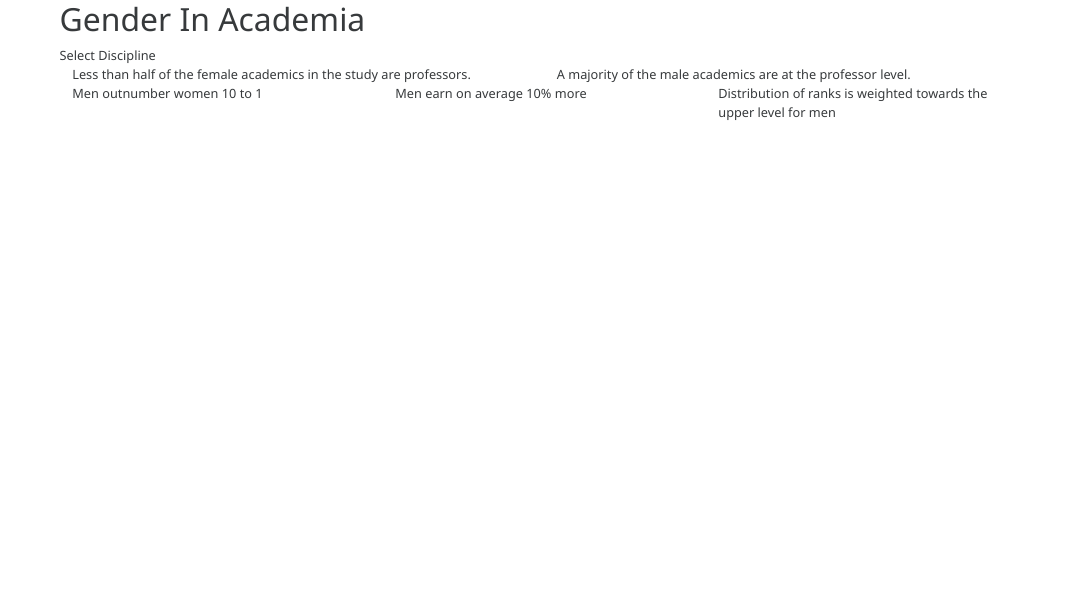
Repository: oliviatatum/dashboard
Page: index.html
The author's editor kept a record of every edit. The page is drawn from the files as they stood at one moment, then again after the next edit.
The browser window is 1280 px wide. The pictures show the whole page, at 85% of full size.

Above is the page before.
Console error: ReferenceError: show is not defined

After the next edit:
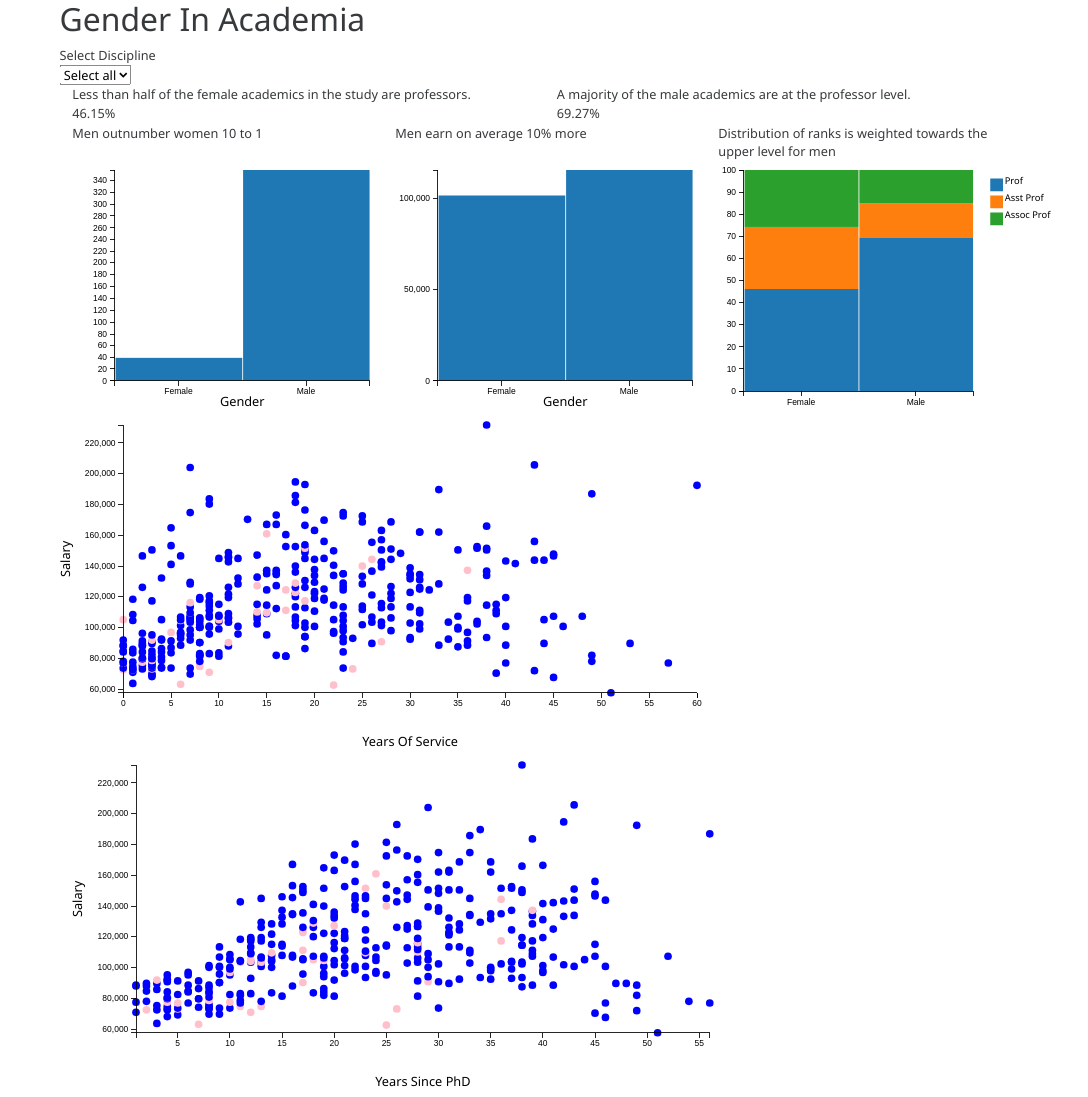
The error is gone.
The edit:
--- a/static/js/graph.js
+++ b/static/js/graph.js
@@ -21,7 +21,7 @@
     show_rank_distribution(ndx);
 
     show_service_to_salary_correlation(ndx);
-    show-phd-to-salary-correlation(ndx);
+    show_phd_to_salary_correlation(ndx);
 
     dc.renderAll();
 }
